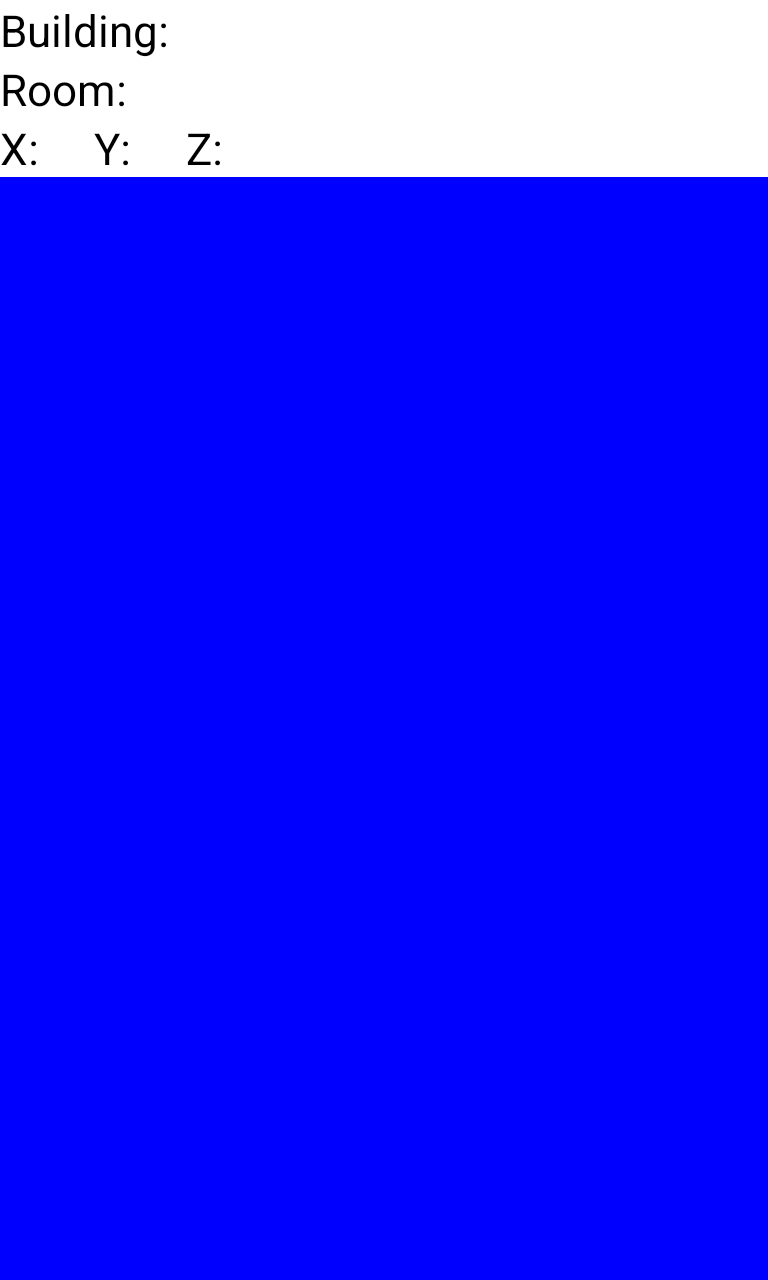
Repository: RenchuSong/tMap_Android
Layout: tmap_model_tool/res/layout/locating.xml
An editor plug-in stored every save of this project. The layout is shown before and after the next save, followed by the edit.
It is drawn on a 768 x 1280 px phone screen (xhdpi) without system bars, with theme AppTheme; the app's code is not run.

Above is the layout before, as saved 2014-05-11 22:30:27.

### tmap_model_tool/res/layout/locating.xml
<?xml version="1.0" encoding="utf-8"?>
<LinearLayout xmlns:android="http://schemas.android.com/apk/res/android"
    android:layout_width="match_parent"
    android:layout_height="match_parent"
    android:orientation="vertical" >

    <TextView
        android:id="@+id/building"
        android:layout_width="match_parent"
        android:layout_height="wrap_content"
        android:text="Building:"
        android:textAppearance="?android:attr/textAppearanceLarge" />

    <TextView
        android:id="@+id/room"
        android:layout_width="match_parent"
        android:layout_height="wrap_content"
        android:text="Room:"
        android:textAppearance="?android:attr/textAppearanceLarge" />

    <TextView
        android:id="@+id/location"
        android:layout_width="match_parent"
        android:layout_height="wrap_content"
        android:text="X:     Y:     Z:"
        android:textAppearance="?android:attr/textAppearanceLarge" />

    <RelativeLayout
        android:layout_width="match_parent"
        android:layout_height="match_parent"
        android:background="#0000ff" >
    </RelativeLayout>

</LinearLayout>

Loaded but not shown: tmap_model_tool/res/values/styles.xml (common file); tmap_model_tool/res/values-v11/styles.xml (common file); tmap_model_tool/res/values-v14/styles.xml (common file)

After the next save:
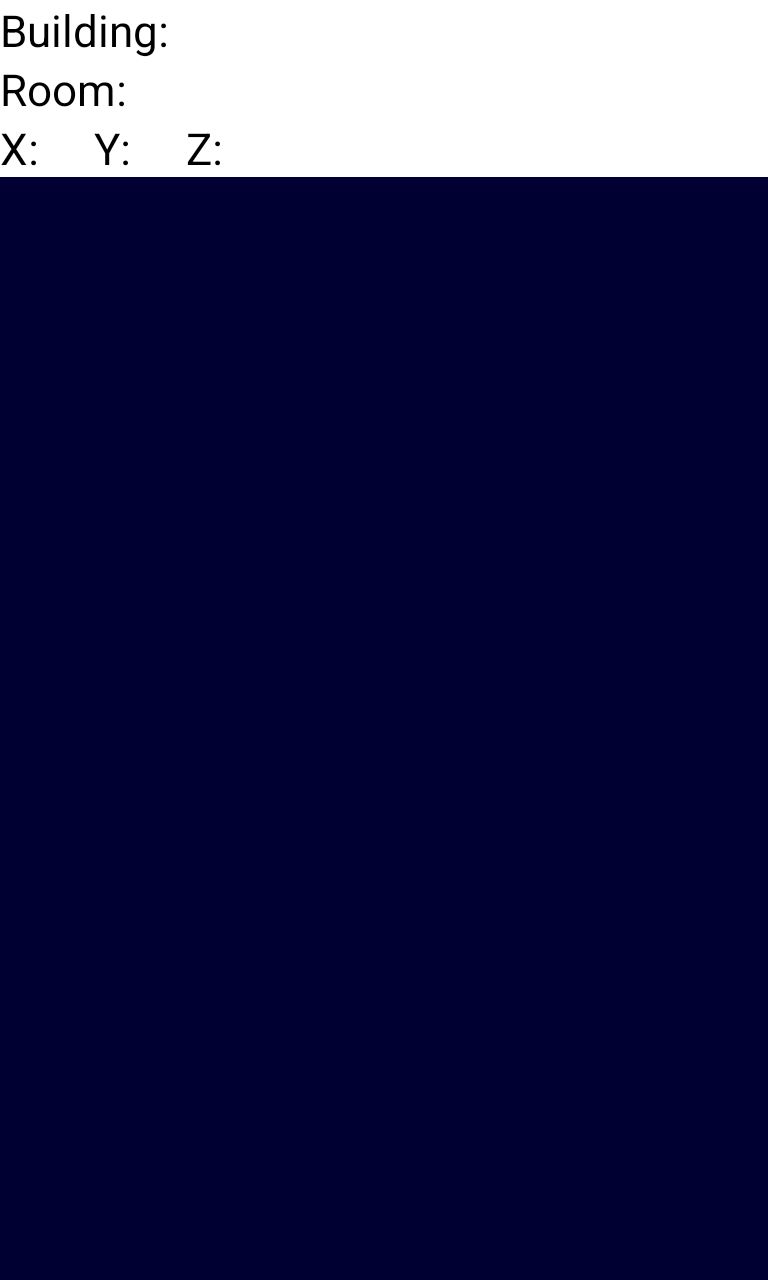
Saved 6 s later.
--- a/tmap_model_tool/res/layout/locating.xml
+++ b/tmap_model_tool/res/layout/locating.xml
@@ -28,7 +28,7 @@
     <RelativeLayout
         android:layout_width="match_parent"
         android:layout_height="match_parent"
-        android:background="#0000ff" >
+        android:background="#000033" >
     </RelativeLayout>
 
 </LinearLayout>
